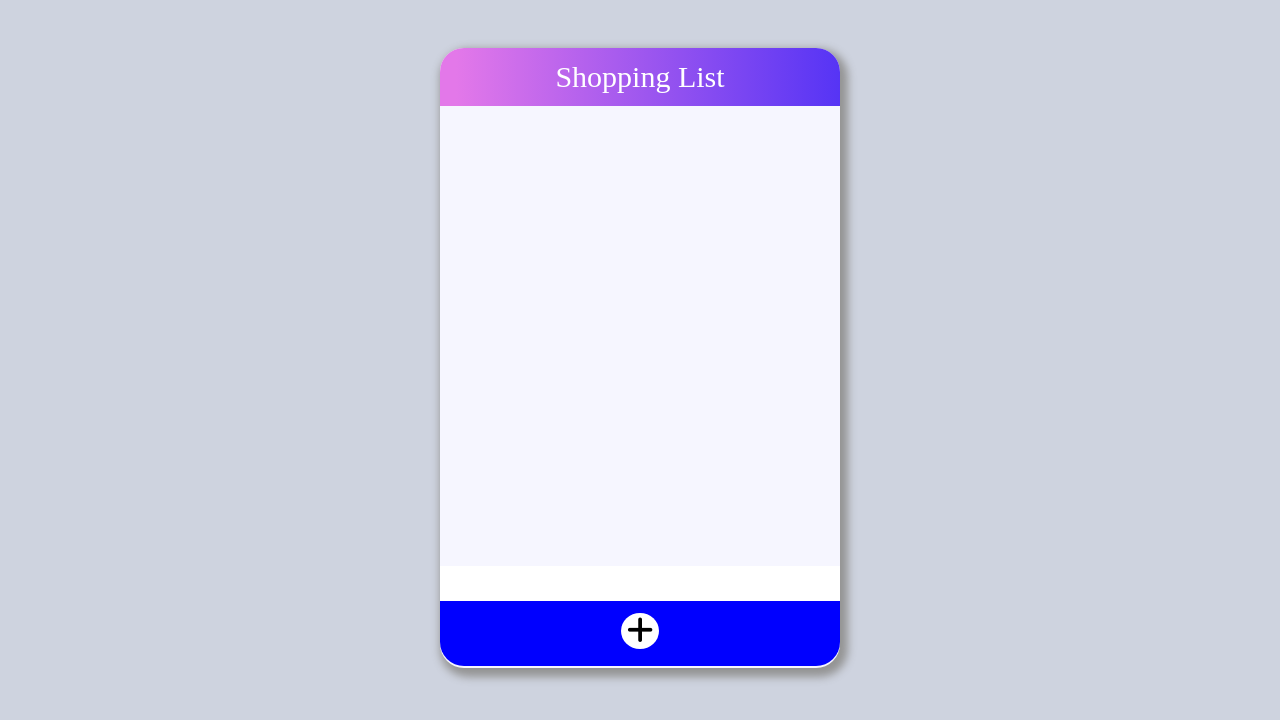
Repository: keehoonjung/Shopping-list
Page: index.html
These files come from the project's save history. The page is drawn as it stood at one moment and after the next save; the edit follows.
The browser window is 1280 px wide. The pictures show the whole page.
Some web libraries are served in a nearby version.

Above is the page before, as saved 2021-08-09 14:33:36.

### index.html
<!DOCTYPE html>
<html lang="en">
<head>
    <meta charset="UTF-8">
    <meta http-equiv="X-UA-Compatible" content="IE=edge">
    <meta name="viewport" content="width=device-width, initial-scale=1.0">
    <title>Shopping-list</title>
    <script src="main.js" defer></script>
    <link rel="stylesheet" href="style.css">
    <script src="https://kit.fontawesome.com/a7a8d59961.js" crossorigin="anonymous"></script>
</head>
<body>
    <section class="container">
        <div class="header">
            Shopping List
        </div>
        <ul class="main_list">
        </ul>
        <input type="text" onkeydown="enterkey()" class="input_text">
        <div class="footer">
            <button class="create__Btn">
                <i class="fas fa-plus"></i>
            </button>
        </div>
    </section>
</body>
</html>

### main.js
"use strict";

const inputText = document.querySelector(".input_text");
const createBtn = document.querySelector(".create__Btn");
const shoppingList = document.querySelector(".main_list");
const deleteBtn = document.querySelector(".delete__Btn");

createBtn.addEventListener("click", (event) => {
  const text = inputText.value;
  const list = document.createElement("li");
  createList(list, text);
});

shoppingList.addEventListener("click", (event) => {
  const target = event.target.parentNode;
  if (target.classList == "delete__Btn") {
    target.parentNode.remove();
  }
});

function enterkey() {
  if (window.event.keyCode == 13) {
    const text = inputText.value;
    const list = document.createElement("li");
    createList(list, text);
  }
}

function createList(list, text) {
  list.innerHTML = `
    <span> ${text} </span>
    <button class="delete__Btn">
        <i class="fas fa-trash-alt"></i>
    </button>`;
  shoppingList.appendChild(list);
  inputText.value = "";
  inputText.focus();
}

### style.css
* {
  box-sizing: border-box;
}

body {
  background-color: #ced3df;
  text-align: center;
}

li {
  display: flex;
  justify-content: space-between;
  list-style: none;
  width: 100%;
  margin-bottom: 12px;
}

button {
  cursor: pointer;
  border-style: none;
  background-color: transparent;
  outline: none;
  font-size: 18px;
}

.delete__Btn {
  transition: all 300ms ease-in;
}

.delete__Btn:hover {
  transform: scale(1.1);
  color: red;
}

.container {
  margin: 0;
  display: inline-block;
  background-color: rgb(246, 246, 255);
  height: 620px;
  width: 400px;
  border-radius: 24px;
  transform: translateY(40px);
  -webkit-box-shadow: 4px 5px 8px 4px #949494;
  box-shadow: 4px 5px 8px 4px #949494;
}

.header {
  background: rgb(227, 120, 233);
  background: linear-gradient(
    90deg,
    rgba(227, 120, 233, 1) 4%,
    rgba(86, 52, 245, 1) 100%
  );
  font-size: 30px;
  color: white;
  border-top-left-radius: 24px;
  border-top-right-radius: 24px;
  padding: 12px 0;
}

.main_list {
  padding: 6px 24px;
  font-size: 20px;
  height: 420px;
  overflow-y: auto;
}

.input_text {
  width: 400px;
  font-size: 16px;
  border-style: none;
  height: 35px;
  padding: 0;
  padding-left: 24px;
  outline: none;
}

.footer {
  background-color: blue;
  height: 65px;
  border-bottom-left-radius: 24px;
  border-bottom-right-radius: 24px;
}

.create__Btn {
  margin-top: 12px;
  font-size: 30px;
  background-color: white;
  border-radius: 50%;
}

After the next save:
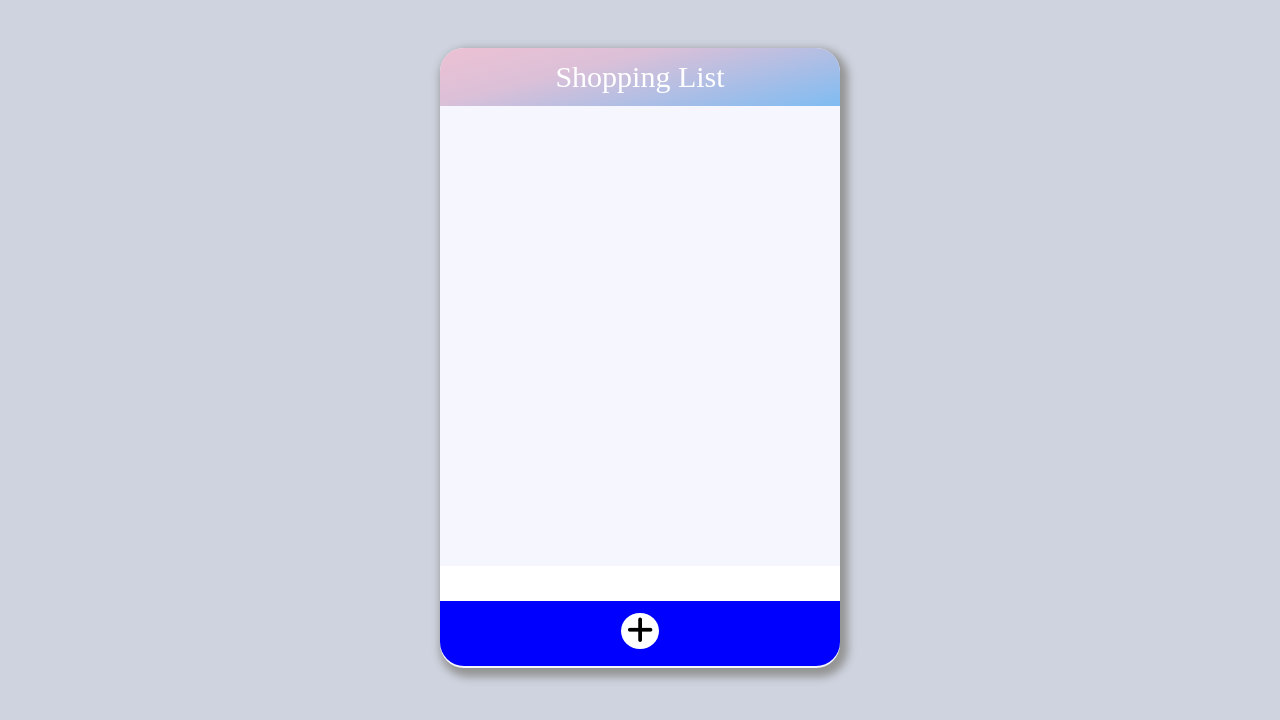
Saved 36 s later.
--- a/style.css
+++ b/style.css
@@ -46,10 +46,13 @@ button {
 
 .header {
   background: rgb(227, 120, 233);
+  background: rgba(237, 193, 211);
+
   background: linear-gradient(
-    90deg,
-    rgba(227, 120, 233, 1) 4%,
-    rgba(86, 52, 245, 1) 100%
+    166deg,
+    rgba(237, 193, 211, 1) 0%,
+    rgba(219, 192, 216, 1) 35%,
+    rgba(127, 188, 242, 1) 100%
   );
   font-size: 30px;
   color: white;
